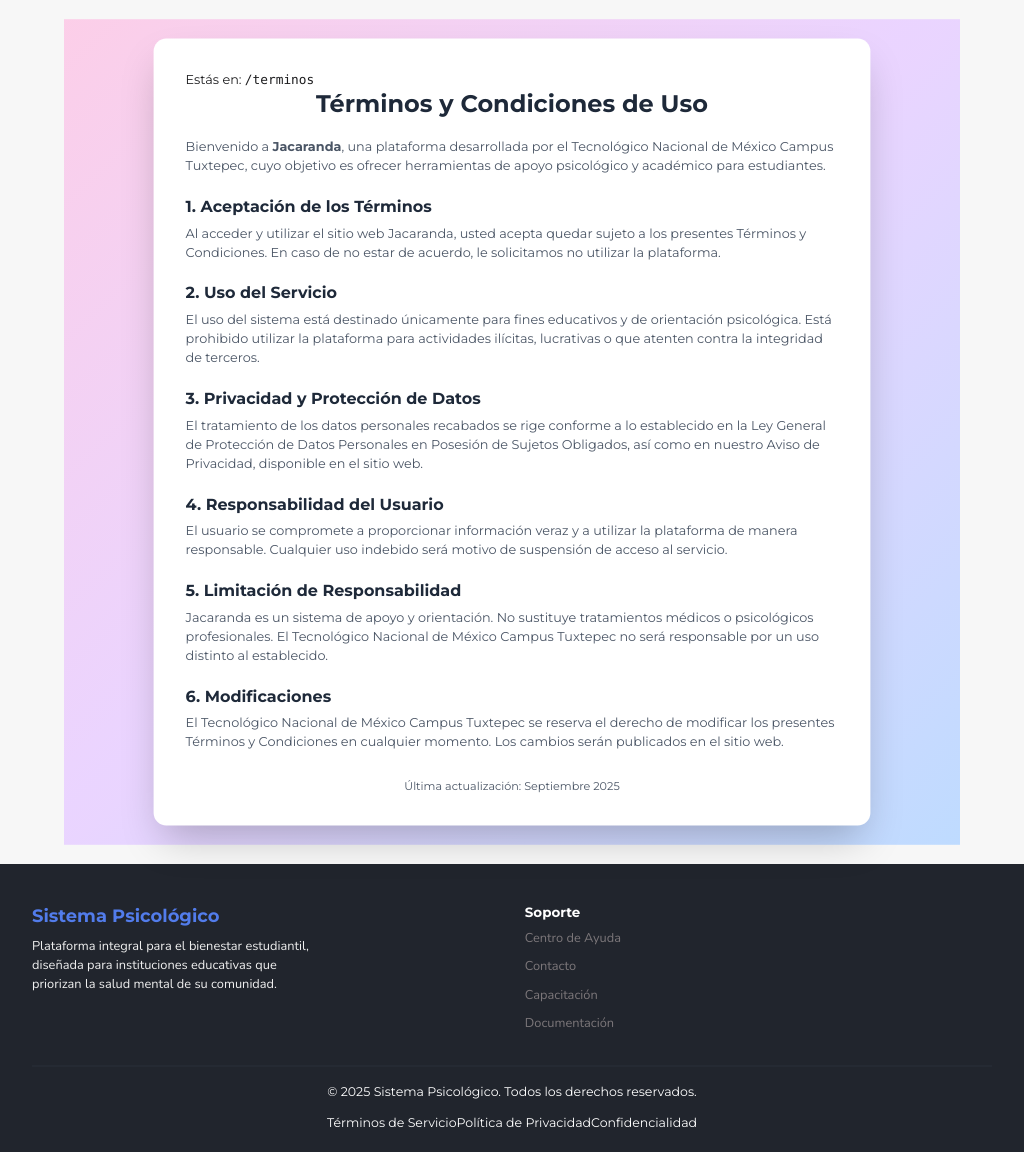
Repository: moon1710/SistemaPsico
Page: /terminos (app in client/)
An editor plug-in stored every save of this project. The page is shown before and after the next save, followed by the edit.
The browser window is 1280 px wide. The pictures show the whole page, at 80% of full size.
The project was rebuilt for these pictures with package versions that can differ from the ones it lists, and the page was loaded fresh each time. Also part of the build but not shown: client/vite.config.js, client/src/components/onboarding/onboardingConfig.js, client/src/components/onboarding/TutorialSteps.jsx, client/src/components/onboarding/WelcomeForm.jsx, client/src/components/onboarding/OnboardingModal.jsx, client/src/components/layout/AdaptiveSidebar/sidebarConfig.jsx, client/src/components/layout/AdaptiveSidebar/MenuItem.jsx, client/src/components/layout/AdaptiveSidebar/SidebarHeader.jsx and 40 more.

Above is the page before, as saved 2025-09-21 17:25:10.

After the next save:
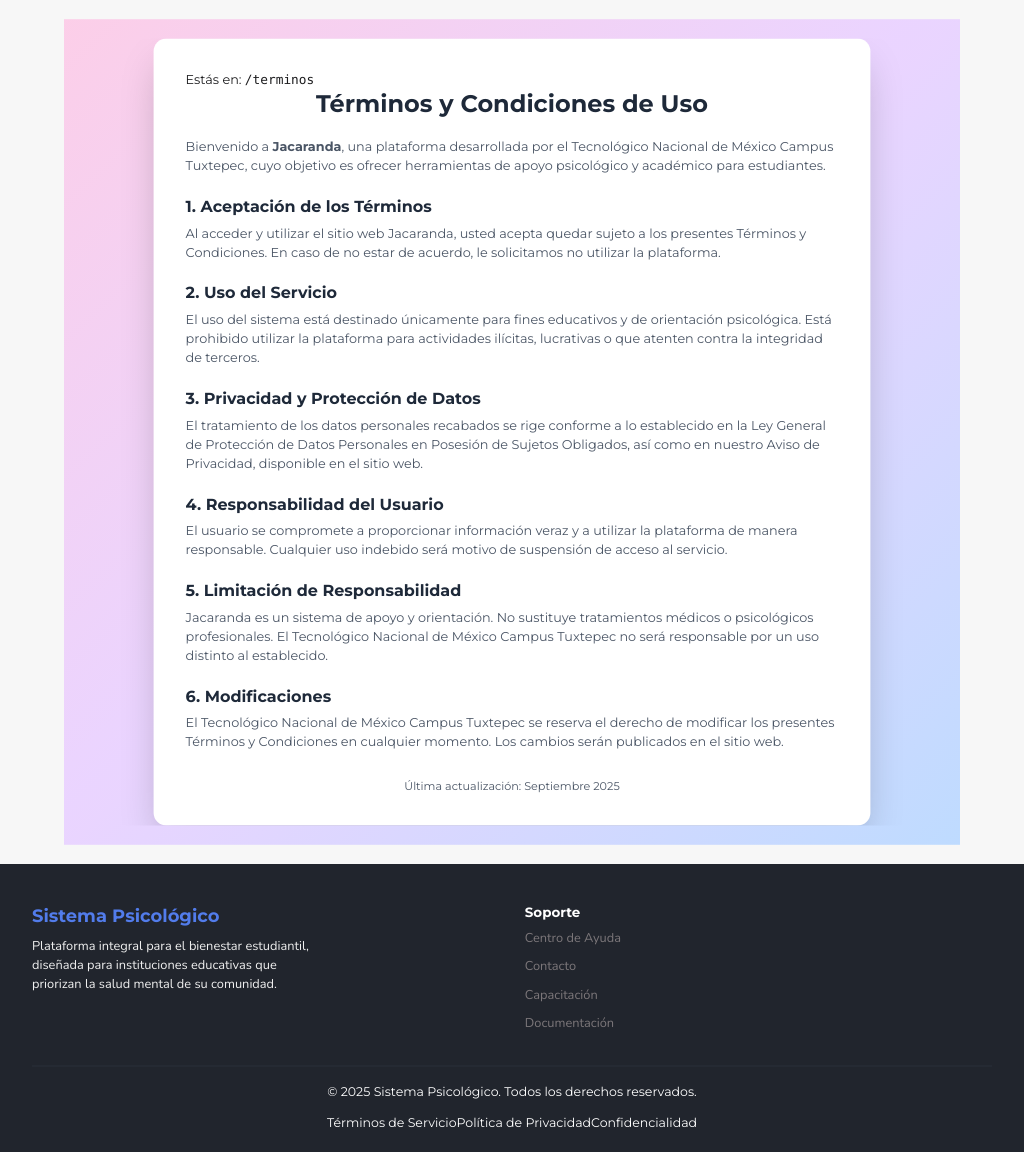
Saved 4 min 4 s later.
--- a/client/src/pages/TerminosPage.jsx
+++ b/client/src/pages/TerminosPage.jsx
@@ -5,7 +5,9 @@
   const { pathname } = useLocation();
 
   return (
+
       <div className="min-h-screen flex items-center justify-center bg-gradient-to-br from-pink-200 via-purple-200 to-blue-200 p-6">
+        <section className="hero-section">
       <div className="bg-white shadow-2xl rounded-2xl max-w-4xl w-full p-10 overflow-y-auto">
         Estás en: <code>{pathname}</code>
         <h1 className="text-3xl font-bold text-center text-gray-800 mb-6">
@@ -80,6 +82,7 @@
           Última actualización: Septiembre 2025
         </p>
       </div>
+      </section>
     </div>
   );
 }
